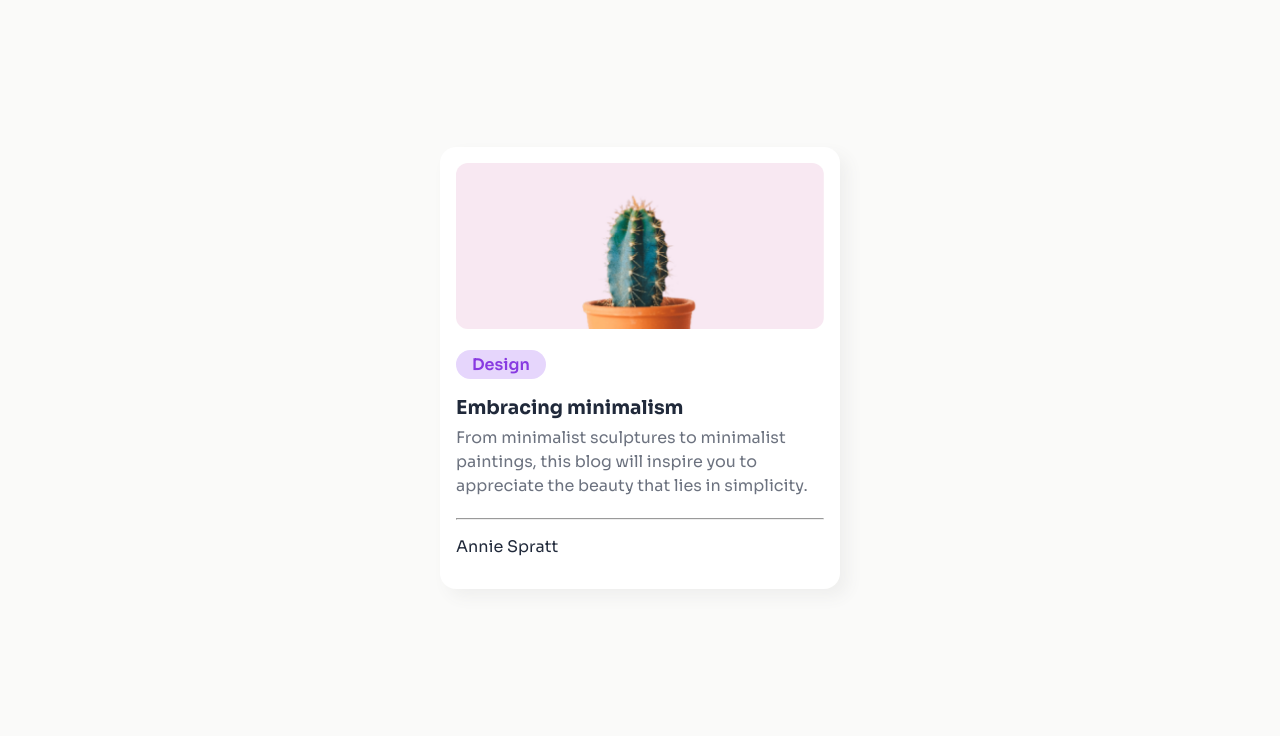
Repository: PCGP22/devChallengesio
Page: 01 - Minimal Blog Card/blogCard.html
These files come from the project's save history. The page is drawn as it stood at one moment and after the next save; the edit follows.
The browser window is 1280 px wide. The pictures show the whole page.

Above is the page before, as saved 2024-01-01 20:03:34.

After the next save:
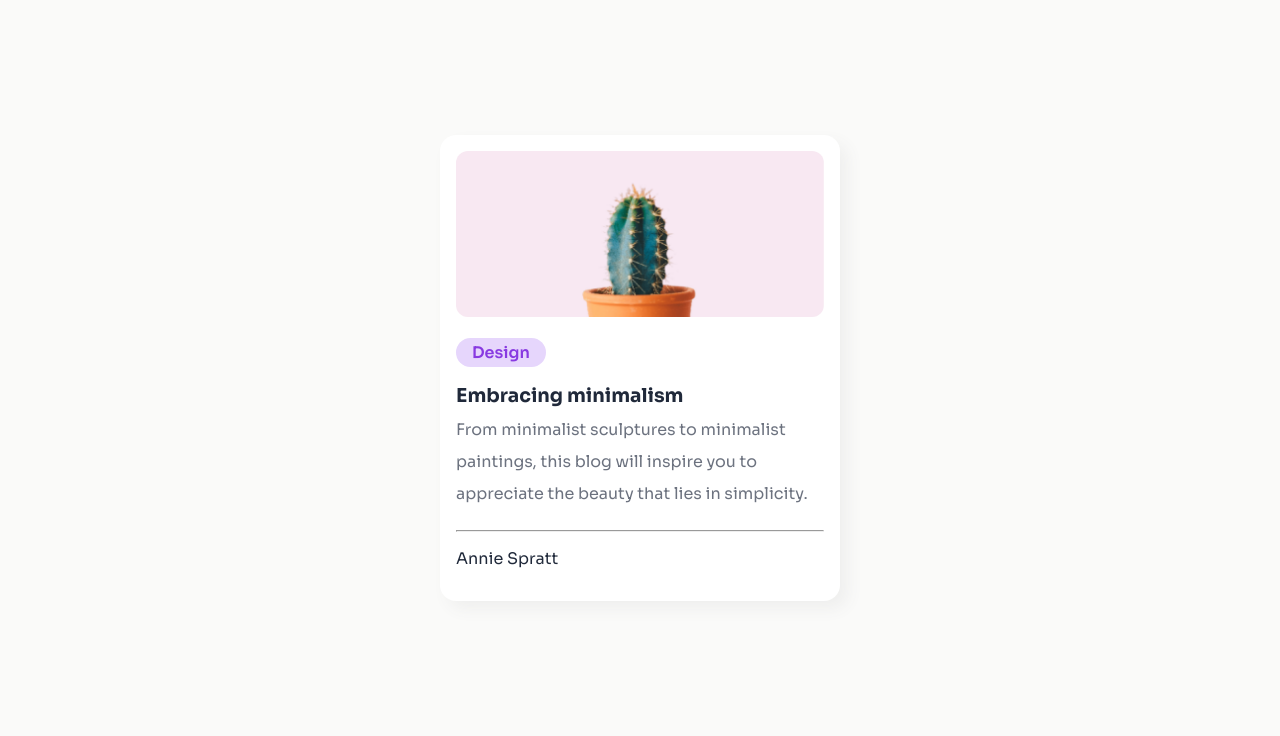
Saved 6 s later.
--- a/01 - Minimal Blog Card/styles.css
+++ b/01 - Minimal Blog Card/styles.css
@@ -57,5 +57,5 @@ h1{
     margin-bottom: 20px;
     color: var(--text_body);
     font-weight: 400;
-    line-height: 1.5em;
+    line-height: 2em;
 }
